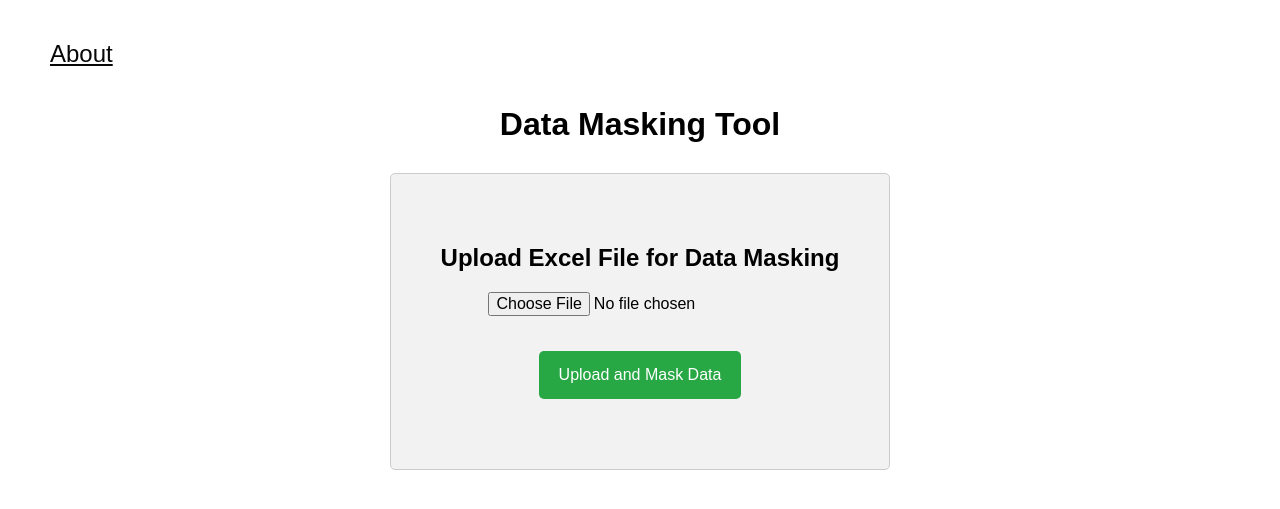
Repository: prithika12/DataMasking_Tool
Page: index.html
These files come from the project's save history. The page is drawn as it stood at one moment and after the next save; the edit follows.
The browser window is 1280 px wide. The pictures show the whole page.

Above is the page before, as saved 2024-07-09 11:57:11.

After the next save:
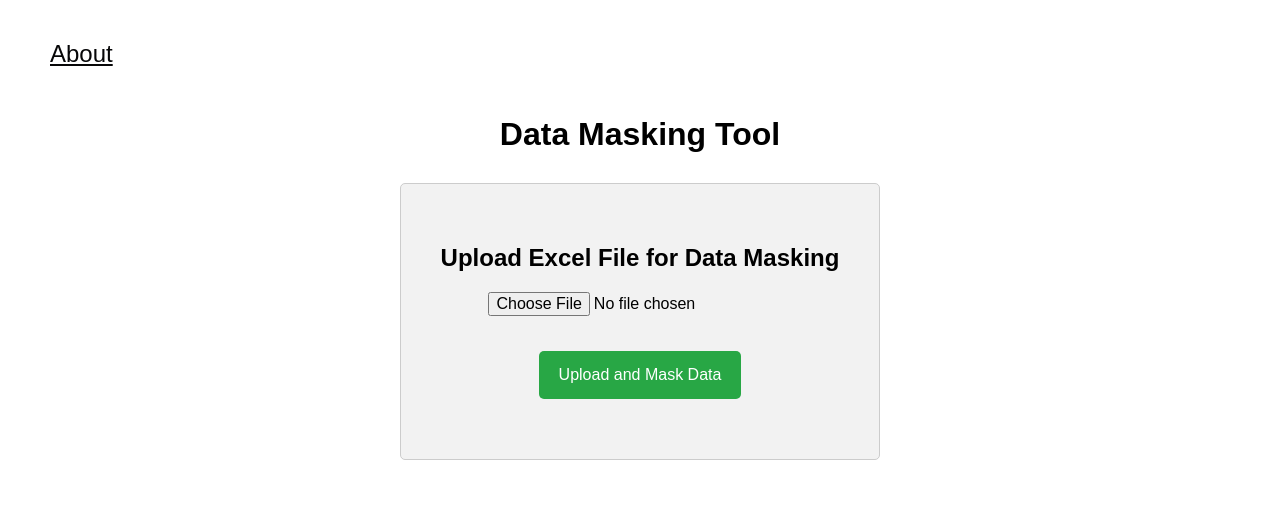
Saved 12 s later.
--- a/index.html
+++ b/index.html
@@ -15,7 +15,7 @@
         }
         .container {
             max-width: 600px;
-            padding: 50px;
+            padding: 40px;
             background-color: #f2f2f2;
             border: 1px solid #ccc;
             border-radius: 5px;
